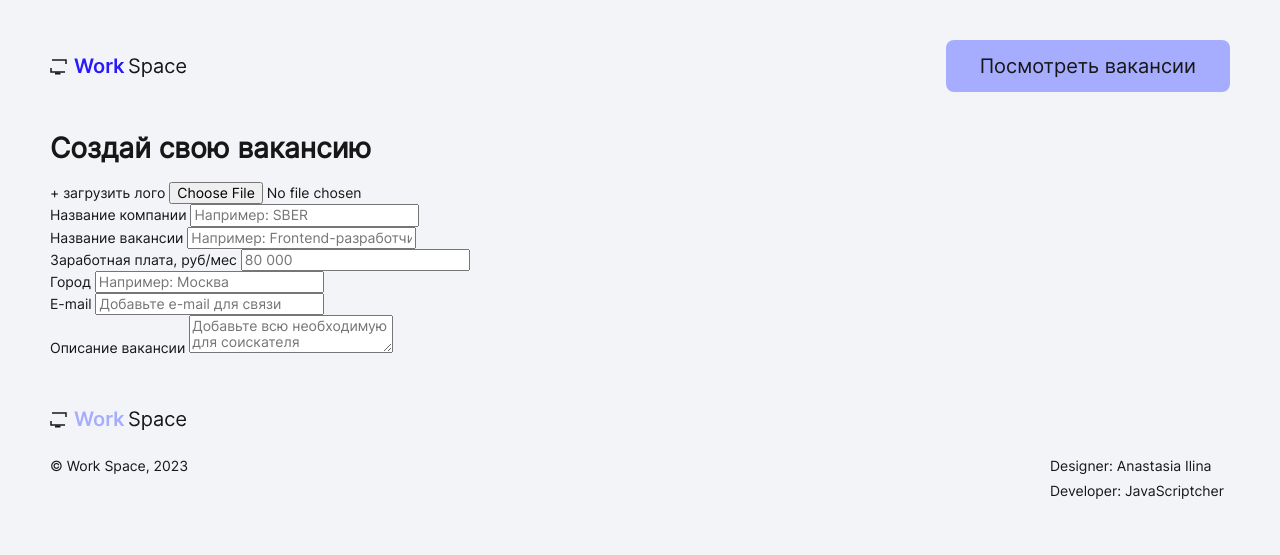
Repository: alexboagreek/workspace_js
Page: employer.html
These files come from the project's save history. The page is drawn as it stood at one moment and after a run of saves; the edit follows.
The browser window is 1280 px wide. The pictures show the whole page.

Above is the page before, as saved 2023-09-12 12:08:48.
Console error: TypeError: Cannot read properties of null (reading 'addEventListener')

After the next 2 saves:
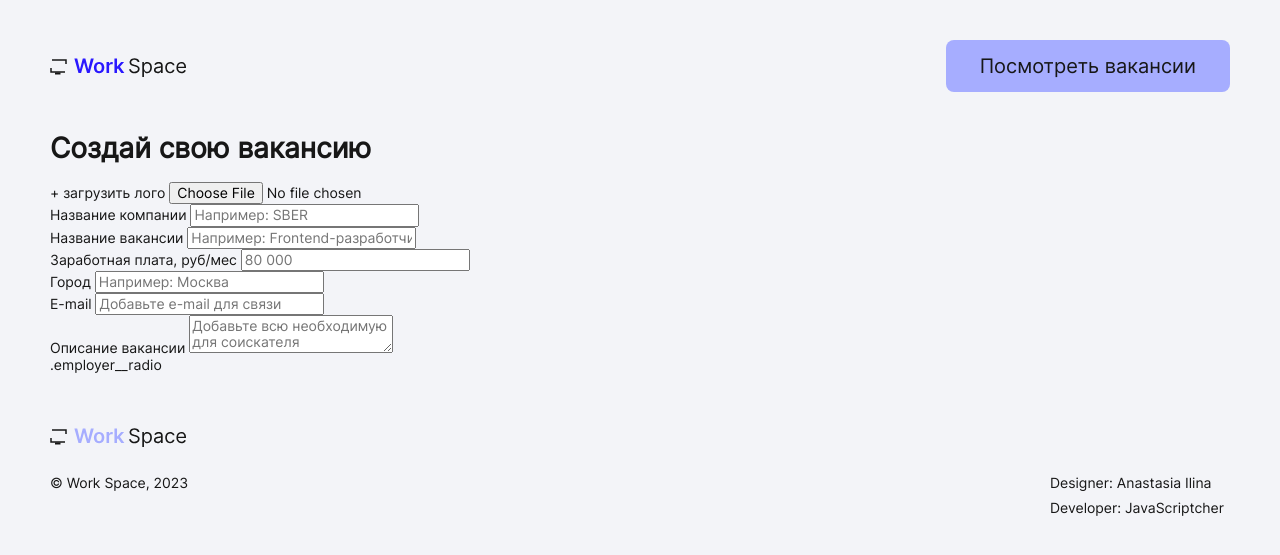
The 2 saves are shown as one change because they came seconds apart.
The last was saved 31 s later.
--- a/employer.html
+++ b/employer.html
@@ -131,6 +131,9 @@
                 placeholder="Добавьте всю необходимую для соискателя информацию"
               ></textarea>
             </fieldset>
+
+
+            .employer__radio
           </form>
         </div>
       </section>

After the save that followed:
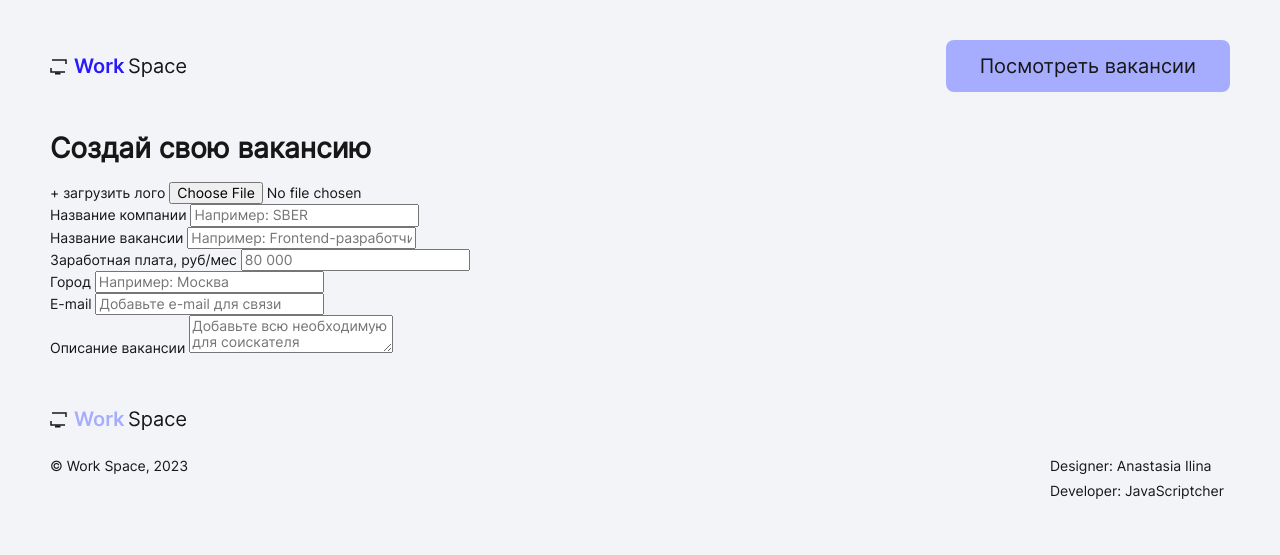
Saved 5 s later.
--- a/employer.html
+++ b/employer.html
@@ -133,7 +133,9 @@
             </fieldset>
 
 
-            .employer__radio
+            <div class="employer__radio-buttons">
+
+            </div>
           </form>
         </div>
       </section>
